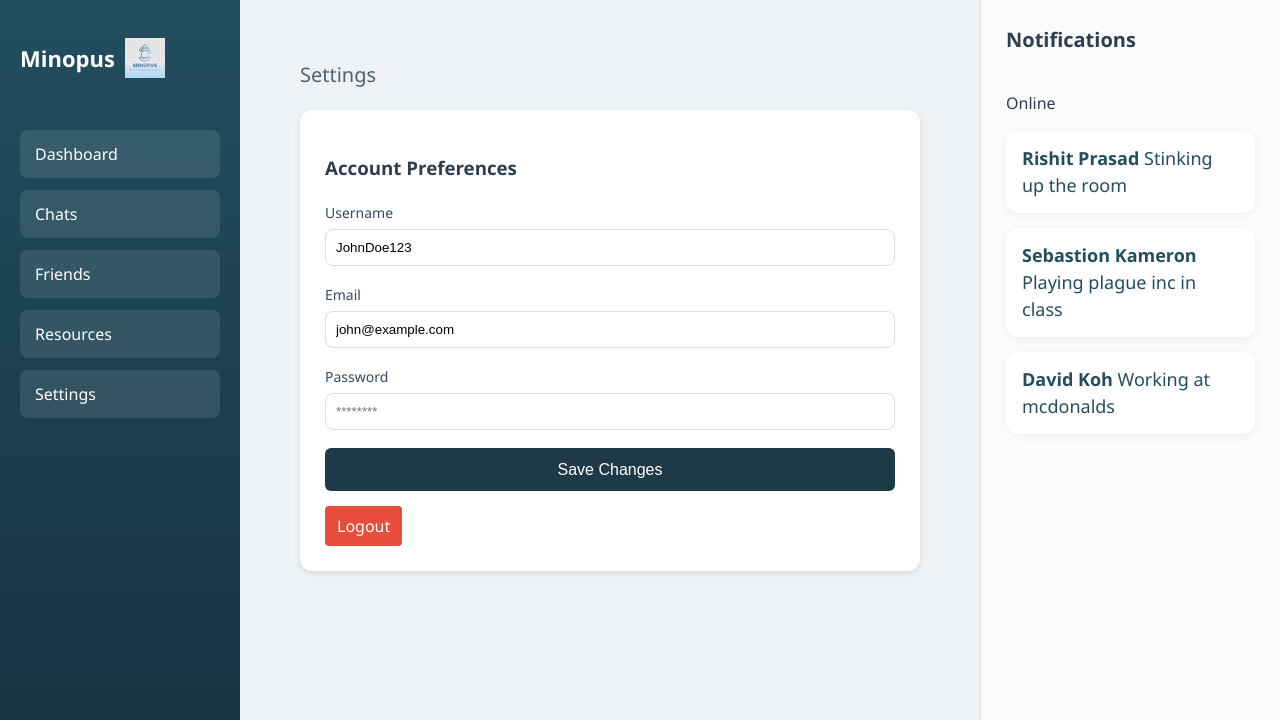
Repository: AUTemmie/Assessment-Task-3
Page: http://localhost/settings
The author's editor kept a copy of each file at every save. The page is drawn from the files as they stood at one save, then again after the next save.
The browser window is 1280 px wide. The pictures show the whole page.
The page is served by the project's application, run on Flask 3 (main.py). The session is filled in as if someone had signed in: {"username": "Test User"}. Other server files are loaded and not shown.

Above is the page before, as saved 2025-10-15 14:48:10.

### templates/settings.html
{% extends 'layout.html' %} {% block content %}

<main class="settings-page">
  <h2 class="page-title">Settings</h2>

  <section class="settings-content">
    <h3>Account Preferences</h3>
    <form class="settings-form">
      <label>
        Username
        <input type="text" name="username" value="JohnDoe123" />
      </label>

      <label>
        Email
        <input type="email" name="email" value="john@example.com" />
      </label>

      <label>
        Password
        <input type="password" name="password" placeholder="********" />
      </label>

      <button type="submit" class="save-btn">Save Changes</button>
    </form>

    <!-- Logout Link -->
    <a href="Login" class="logout-link">Logout</a>
  </section>
</main>

{% endblock %}

### templates/layout.html
<!DOCTYPE html>
<html lang="en">
  <head>
    <meta charset="UTF-8" />
    <meta name="viewport" content="width=device-width, initial-scale=1.0" />
    <meta http-equiv="X-UA-Compatible" content="ie=edge" />

    <!-- ✅ Allow inline scripts -->
    <meta
      http-equiv="Content-Security-Policy"
      content="script-src 'self' 'unsafe-inline';"
    />

    <link
      rel="stylesheet"
      href="{{ url_for('static', filename='css/style.css') }}"
    />
    <link
      rel="icon"
      type="image/x-icon"
      href="{{ url_for('static', filename='images/Favicon.png') }}"
    />
    <title>{% block title %}Minopus{% endblock %}</title>
  </head>
  <body class="theme-red {% if hide_layout %}no-sidebars{% endif %}">
    <div class="dashboard-grid">
      {% if not hide_layout %}
      <!-- Left Sidebar -->
      {% include "partials/sidebar.html" %} {% endif %}

      <!-- Main Content -->
      <main class="main-panel">{% block content %}{% endblock %}</main>

      {% if not hide_layout %}
      <!-- Right Sidebar -->
      {% include "partials/notifications.html" %} {% endif %}
    </div>

    <script src="{{ url_for('static', filename='js/app.js') }}"></script>
  </body>
</html>

### templates/partials/sidebar.html
<aside class="sidebar" aria-label="Main Navigation">
  <h2 class="logo">
    Minopus
    <img
      src="{{ url_for('static', filename='images/Favicon.png') }}"
      alt="Minopus logo"
      width="40"
      height="40"
    />
  </h2>

  <nav class="sidebar-nav">
    <ul>
      <li><a href="/">Dashboard</a></li>
      <li><a href="/chat">Chats</a></li>
      <li><a href="/friends">Friends</a></li>
      <li><a href="/resources">Resources</a></li>
      <li><a href="/settings">Settings</a></li>
    </ul>
  </nav>
</aside>

### templates/partials/notifications.html
<aside class="notifications" aria-label="User Notifications">
  <h2>Notifications</h2>
  <ul class="notification-list">
    <p>Online</p>
    <!-- Friends -->
    {% for friend in friends %}
    <li>
      <span class="text"
        ><strong>{{ friend.name }}</strong> {{ friend.description }}</span
      >
    </li>
    {% endfor %}
  </ul>
</aside>

### main.py
from flask import Flask, render_template, request, redirect, session, url_for
import database_manager as dbHandler
from datetime import datetime
import sqlite3 as sql

app = Flask(__name__)
app.secret_key = "key"


db = dbHandler.DBManager()


@app.route("/signup", methods=["GET", "POST"])
def signup():
    if request.method == "POST":
        first_name = request.form["first_name"]
        email = request.form["email"]
        password = request.form["password"]

        # Check if user exists
        existing = db.get_user_by_first_name(first_name)
        if existing:
            return render_template("signup.html", message="Username already exists")

        # Add user
        con = sql.connect(db.dbPath)
        cur = con.cursor()
        cur.execute(
            "INSERT INTO users (first_name, email, password) VALUES (?, ?, ?)",
            (first_name, email, password),
        )
        con.commit()
        con.close()

        return redirect(url_for("login"))

    return render_template("signup.html", hide_layout=True)


@app.context_processor
def inject_notifications():
    friends = [
        {"id": 1, "name": "Rishit Prasad", "description": "Stinking up the room"},
        {
            "id": 2,
            "name": "Sebastion Kameron",
            "description": "Playing plague inc in class",
        },
        {"id": 3, "name": "David Koh", "description": "Working at mcdonalds"},
    ]

    current_time = datetime.now().strftime("%I:%M %p")

    return dict(
        friends=friends,
        current_time=current_time,
    )


@app.route("/", methods=["GET"])
@app.route("/index.html", methods=["GET"])
def index():
    if "username" not in session:
        return redirect("/Login")

    user = db.get_user_by_first_name(session["username"])

    if not user:
        return redirect("/Login")

    first_name = user["first_name"]
    last_name = user.get("last_name", "")

    return render_template("index.html", first_name=first_name, last_name=last_name)


@app.route("/chat", methods=["GET"])
def chat():
    if "username" not in session:
        return redirect("/Login")

    messages = db.get_messages()
    return render_template("chat.html", messages=messages)


@app.route("/send_message", methods=["POST"])
def send_message():
    if "username" not in session:
        return redirect("/Login")

    sender = session["username"]
    text = request.form["message"]
    time = datetime.now().strftime("%Y-%m-%d %H:%M:%S")

    db.add_message(sender, text, time)
    return redirect(url_for("chat"))


@app.route("/friends")
def friends_page():
    if "username" not in session:
        return redirect("/Login")
    return render_template("friends.html")


@app.route("/resources")
def resources():
    if "username" not in session:
        return redirect("/Login")
    return render_template("resource.html")


@app.route("/settings")
def settings():
    if "username" not in session:
        return redirect("/Login")
    return render_template("settings.html")


@app.route("/Login", methods=["GET", "POST"])
def login():
    if request.method == "POST":
        username = request.form["username"]
        password = request.form["password"]

        user = db.get_user_by_first_name(username)

        if user:
            if password == user["password"]:
                session["username"] = user["first_name"]
                return redirect("/")
            else:
                error = "Incorrect password"
        else:
            error = "Username not found"

        return render_template("Login.html", error=error, hide_layout=True)

    return render_template("Login.html", hide_layout=True)


@app.route("/logout")
def logout():
    session.pop("username", None)
    return redirect("/Login")


if __name__ == "__main__":
    app.run(debug=True, host="0.0.0.0", port=5000)

### static/css/style.css
/* Reset + Base */
body {
  margin: 0;
  font-family: "Segoe UI", sans-serif;
  background-color: #eef2f5;
  color: #2c3e50;
  line-height: 1.5;
}

/* Grid Layout */
.dashboard-grid {
  display: grid;
  grid-template-columns: 240px 1fr 300px;
  grid-template-rows: 100vh;
  overflow: hidden;
}

/* Sidebar */
.sidebar {
  background: linear-gradient(180deg, #224e5f, #183441);
  color: #fff;
  padding: 20px;
  display: flex;
  flex-direction: column;
}

.sidebar .logo {
  display: flex;
  align-items: center;
  gap: 10px;
  font-size: 22px;
  font-weight: bold;
  margin-bottom: 40px;
}

.sidebar ul {
  list-style: none;
  padding: 0;
  margin: 0;
}

.sidebar li {
  margin: 12px 0;
}

.sidebar a {
  display: block;
  padding: 12px 15px;
  border-radius: 8px;
  text-decoration: none;
  background: rgba(255, 255, 255, 0.1);
  color: #fff;
  font-weight: 500;
  transition: 0.25s ease;
}

.sidebar a:hover {
  background: rgba(255, 255, 255, 0.25);
}

/* Main Panel */
.main-panel {
  display: flex;
  flex-direction: column;
  padding: 40px;
  background-color: #eef2f5;
  height: 100vh;
  box-sizing: border-box;
  overflow: hidden;
}

.main-panel h1 {
  margin: 0 0 20px;
  font-size: 28px;
  font-weight: 600;
}

.main-panel h2 {
  margin-top: 0;
  font-size: 20px;
  font-weight: 500;
  color: #4d6273;
}

/* Welcome Card */
.welcome-card {
  display: flex;
  justify-content: space-between;
  align-items: center;
  background: linear-gradient(135deg, #ffffff, #f9fbfc);
  border-radius: 16px;
  padding: 25px;
  margin-bottom: 20px;
  box-shadow: 0 4px 12px rgba(0, 0, 0, 0.08);
}

.welcome-card h2 {
  margin: 0 0 10px 0;
  font-size: 22px;
  font-weight: 600;
}

.welcome-card p {
  margin: 0;
  font-size: 14px;
  color: #4d6273;
}

.welcome-card img {
  height: 120px;
  border-radius: 12px;
  object-fit: cover;
}

/* Card Grid */
.card-grid {
  display: grid;
  grid-template-columns: repeat(auto-fit, minmax(280px, 1fr));
  gap: 20px;
  flex: 1;
  min-height: 0;
}

/* Cards */
.card {
  background: #ffffff;
  border-radius: 16px;
  padding: 20px;
  box-shadow: 0 4px 12px rgba(0, 0, 0, 0.08);
  display: flex;
  flex-direction: column;
  height: 100%;
  box-sizing: border-box;
}

.card h3 {
  margin-bottom: 15px;
  font-size: 18px;
  font-weight: 600;
  color: #2c3e50;
}

.card ul {
  list-style: none;
  padding: 0;
  margin: 0;
  flex: 1;
  overflow-y: auto;
}

.card li {
  margin-bottom: 10px;
  background: #f7f9fa;
  padding: 10px 12px;
  border-radius: 10px;
  font-size: 14px;
  color: #34495e;
  transition: transform 0.15s ease, box-shadow 0.15s ease;
}

.card li:hover {
  transform: translateY(-2px);
  box-shadow: 0 2px 8px rgba(0, 0, 0, 0.1);
}

/* Recent Card Links */
.card ul li a.resource-link {
  display: block;
  background: #3498db;
  color: #fff;
  padding: 10px 14px;
  border-radius: 10px;
  margin-bottom: 10px;
  text-decoration: none;
  transition: background 0.2s ease;
}

.card ul li a.resource-link:hover {
  background: #2980b9;
}

/* Friends Card Search Input */
.friend-search {
  width: 100%;
  padding: 10px 14px;
  margin-bottom: 15px;
  border: 1px solid #ccc;
  border-radius: 12px;
  font-size: 14px;
  box-sizing: border-box;
}

.friend-search:focus {
  outline: none;
  border-color: #224e5f;
  box-shadow: 0 0 5px rgba(34, 78, 95, 0.4);
}

/* Friends List Items */
.friends-list {
  list-style: none;
  padding: 0;
  margin: 0;
  flex: 1;
  overflow-y: auto;
}

.friend {
  display: flex;
  align-items: center;
  justify-content: space-between;
  background: #f7f9fa;
  padding: 12px 16px;
  margin-bottom: 12px;
  border-radius: 12px;
  font-size: 15px;
  color: #2c3e50;
}

.friend:hover {
  transform: translateY(-2px);
  box-shadow: 0 2px 8px rgba(0, 0, 0, 0.1);
}

/* Status Indicators */
.status-icon {
  display: inline-block;
  width: 14px;
  height: 14px;
  border-radius: 50%;
  margin-right: 10px;
  border: 2px solid #fff;
}

.friend.online .status-icon {
  background-color: #43b581;
}

.friend.offline .status-icon {
  background-color: #747f8d;
}

.friend .status {
  font-weight: bold;
}

.friend.online .status {
  color: #2ecc71;
}

.friend.offline .status {
  color: #e74c3c;
}

/* Notifications Panel */
.notifications {
  background: #fafbfc;
  padding: 25px;
  border-left: 1px solid #e0e4e7;
  display: flex;
  flex-direction: column;
  overflow-y: auto;
}

.notifications h2 {
  margin: 0 0 20px;
  font-size: 20px;
  font-weight: 600;
}

.notifications ul {
  list-style: none;
  padding: 0;
  margin: 0;
}

.notifications li {
  margin-bottom: 15px;
  background: #fff;
  padding: 14px 16px;
  border-radius: 12px;
  display: flex;
  align-items: center;
  justify-content: space-between;
  font-size: 14px;
  box-shadow: 0 2px 8px rgba(0, 0, 0, 0.06);
  transition: transform 0.2s ease;
}

.notifications li:hover {
  transform: translateY(-3px);
}

.notifications span {
  margin-right: 8px;
  font-size: 18px;
  color: #224e5f;
}

/* Chat Panel */
.chat-container {
  display: flex;
  flex-direction: column;
  height: 100%;
  background: #fff;
  border-radius: 12px;
  box-shadow: 0 4px 12px rgba(0, 0, 0, 0.08);
  padding: 20px;
}

.chat-box {
  flex: 1;
  overflow-y: auto;
  padding-right: 10px;
  margin-bottom: 15px;
}

.message {
  max-width: 70%;
  margin: 8px 0;
  padding: 10px 14px;
  border-radius: 12px;
  font-size: 14px;
  position: relative;
}

.message.sent {
  background: #224e5f;
  color: #fff;
  margin-left: auto;
  border-bottom-right-radius: 4px;
}

.message.received {
  background: #f1f3f5;
  color: #2c3e50;
  margin-right: auto;
  border-bottom-left-radius: 4px;
}

.message .time {
  display: block;
  font-size: 11px;
  color: #777;
  margin-top: 4px;
}

.chat-input {
  display: flex;
  gap: 10px;
}

.chat-input input {
  flex: 1;
  padding: 12px;
  border-radius: 8px;
  border: 1px solid #ccc;
  font-size: 14px;
}

.chat-input button {
  background: #224e5f;
  color: #fff;
  border: none;
  padding: 12px 18px;
  border-radius: 8px;
  cursor: pointer;
  transition: 0.2s ease;
}

.chat-input button:hover {
  background: #1a3b48;
}

/* Settings Page */
.settings-page {
  padding: 20px;
}

.page-title {
  margin-bottom: 20px;
}

.settings-content {
  background: #ffffff;
  border-radius: 12px;
  padding: 25px;
  box-shadow: 0 2px 6px rgba(0, 0, 0, 0.1);
  max-width: 600px;
}

.settings-content h3 {
  margin-bottom: 20px;
}

.settings-form {
  display: flex;
  flex-direction: column;
  gap: 18px;
}

.settings-form label {
  display: flex;
  flex-direction: column;
  font-size: 14px;
  color: #34495e;
}

.settings-form input {
  padding: 10px;
  margin-top: 6px;
  border: 1px solid #dcdde1;
  border-radius: 8px;
  outline: none;
}

.settings-form input:focus {
  border-color: #3498db;
}

.save-btn {
  padding: 12px;
  border: none;
  border-radius: 8px;
  background: #3498db;
  color: #fff;
  font-weight: bold;
  cursor: pointer;
  transition: background 0.2s;
}

.save-btn:hover {
  background: #2980b9;
}

.logout-link {
  display: inline-block;
  margin-top: 15px;
  color: #fff;
  background-color: #e74c3c;
  padding: 8px 12px;
  text-decoration: none;
  border-radius: 4px;
}

.logout-link:hover {
  background-color: #c0392b;
}

/* Resources Page */
.resources-container {
  display: flex;
  gap: 20px;
  flex-wrap: wrap;
  margin-top: 20px;
}

.resource-card {
  background-color: #f5f7fa;
  padding: 20px;
  border-radius: 12px;
  flex: 1 1 250px;
  box-shadow: 0 4px 6px rgba(0, 0, 0, 0.1);
}

.resource-card h3 {
  margin-top: 0;
  color: #2c3e50;
}

.resource-card p {
  color: #34495e;
  margin-bottom: 15px;
}

.resource-link {
  display: inline-block;
  text-decoration: none;
  background-color: #3498db;
  color: white;
  padding: 8px 12px;
  border-radius: 5px;
}

.resource-link:hover {
  background-color: #2980b9;
}

/* Login Page */

body.no-sidebars .dashboard-grid {
  grid-template-columns: 1fr; /* full width */
}

body.no-sidebars .sidebar,
body.no-sidebars .notifications {
  display: none !important;
}

.login-container {
  max-width: 400px;
  margin: 80px auto;
  background: #fff;
  padding: 30px;
  border-radius: 16px;
  box-shadow: 0 4px 12px rgba(0, 0, 0, 0.08);
  text-align: center;
}

.login-container h2 {
  margin-bottom: 20px;
  font-size: 24px;
  font-weight: 600;
  color: #224e5f;
}

.form-group {
  text-align: left;
  margin-bottom: 15px;
}

.form-group label {
  display: block;
  margin-bottom: 6px;
  font-size: 14px;
  font-weight: 500;
  color: #2c3e50;
}

.form-group input {
  width: 100%;
  padding: 12px;
  border-radius: 8px;
  border: 1px solid #ccc;
  font-size: 14px;
  box-sizing: border-box;
}

button[type="submit"] {
  width: 100%;
  padding: 12px;
  background: #224e5f;
  color: #fff;
  border: none;
  border-radius: 8px;
  font-size: 16px;
  font-weight: 500;
  cursor: pointer;
  transition: 0.25s ease;
}

button[type="submit"]:hover {
  background: #1a3b48;
}

.error {
  color: red;
  font-size: 14px;
  margin-bottom: 15px;
}

.signup-link {
  margin-top: 15px;
  font-size: 14px;
}

.signup-link a {
  color: #224e5f;
  text-decoration: none;
  font-weight: 500;
}

.signup-link a:hover {
  text-decoration: underline;
}

.login-container {
  max-width: 400px;
  margin: 8vh auto;
  background: #ffffff;
  padding: 2rem 2.5rem;
  border-radius: 10px;
  box-shadow: 0 4px 20px rgba(0, 0, 0, 0.1);
}

.login-container h2 {
  text-align: center;
  margin-bottom: 1.5rem;
  color: #1e3a46;
  font-weight: 600;
}

.form-group {
  margin-bottom: 1.2rem;
}

.form-group label {
  display: block;
  font-weight: 500;
  color: #333;
  margin-bottom: 0.4rem;
}

.form-group input {
  width: 100%;
  padding: 0.7rem;
  border: 1px solid #ccc;
  border-radius: 6px;
  font-size: 1rem;
  transition: border-color 0.2s ease;
}

.form-group input:focus {
  border-color: #1e3a46;
  outline: none;
}

button[type="submit"] {
  width: 100%;
  padding: 0.8rem;
  background-color: #1e3a46;
  color: #fff;
  font-size: 1rem;
  border: none;
  border-radius: 6px;
  cursor: pointer;
  transition: background-color 0.2s ease;
}

button[type="submit"]:hover {
  background-color: #254b57;
}

/* === Signup-only overrides (place at end of CSS file) === */
/* These are explicitly scoped to .signup-page so they won't affect other pages. */

.signup-page {
  display: flex !important;
  justify-content: center !important;
  align-items: center !important;
  min-height: 100vh;
  padding: 6vh 1rem;
  background-color: #eef2f5; /* keeps page bg consistent */
  box-sizing: border-box;
}

/* The form box itself */
.signup-page .signup-form {
  width: 100%;
  max-width: 420px;
  background: #ffffff;
  padding: 2rem;
  border-radius: 12px;
  box-shadow: 0 6px 22px rgba(0, 0, 0, 0.08);
  box-sizing: border-box;
  margin: 0; /* ensure it's centered by flex parent */
}

/* Page title INSIDE the form so it's centered with the box */
.signup-page .page-title {
  margin: 0 0 1.25rem;
  text-align: center;
  color: #1e3a46;
  font-weight: 700;
  font-size: 1.4rem;
}

/* Form fields */
.signup-page .signup-form label {
  display: block;
  margin-bottom: 0.9rem;
  font-size: 0.95rem;
  color: #34495e;
  font-weight: 600;
}

.signup-page .signup-form input[type="text"],
.signup-page .signup-form input[type="email"],
.signup-page .signup-form input[type="password"] {
  width: 100%;
  padding: 0.75rem;
  border: 1px solid #dcdde1;
  border-radius: 8px;
  font-size: 1rem;
  box-sizing: border-box;
  transition: border-color 0.15s ease, box-shadow 0.15s ease;
}

.signup-page .signup-form input:focus {
  border-color: #224e5f;
  outline: none;
  box-shadow: 0 0 6px rgba(34, 78, 95, 0.12);
}

/* Submit button */
.signup-page .signup-form button[type="submit"] {
  width: 100%;
  padding: 0.85rem;
  margin-top: 0.5rem;
  background-color: #224e5f;
  color: #fff;
  border: none;
  border-radius: 8px;
  font-weight: 600;
  cursor: pointer;
  transition: background 0.15s ease;
}

.signup-page .signup-form button[type="submit"]:hover {
  background-color: #183441;
}

/* Message / error text (matches earlier .error but scoped) */
.signup-page .signup-form p[style],
.signup-page .signup-form .error {
  color: #d9534f !important;
  text-align: center;
  margin-top: 0.75rem;
  font-weight: 600;
}

/* Small responsive tweak */
@media (max-width: 480px) {
  .signup-page .signup-form {
    padding: 1.25rem;
    border-radius: 10px;
  }

  .signup-page .page-title {
    font-size: 1.15rem;
  }
}

### static/js/app.js
if ("serviceworker" in navigator) {
  window.addEventListener("load", function () {
    navigator.serviceworker
      .register("static/js/serviceworker.js")
      .then((res) => console.log("service worker registered"))
      .catch((err) => console.log("service worker not registered", err));
  });
}

After the next save:
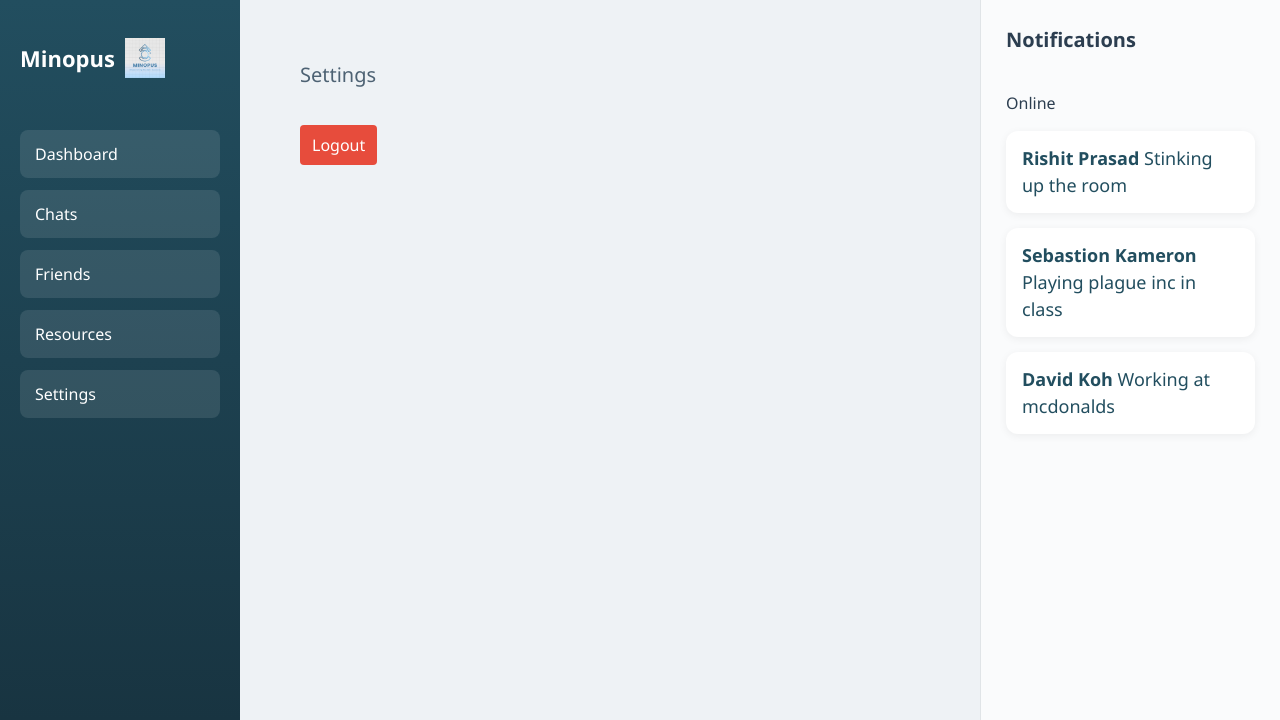
Saved 56 s later.
--- a/templates/settings.html
+++ b/templates/settings.html
@@ -3,26 +3,6 @@
 <main class="settings-page">
   <h2 class="page-title">Settings</h2>
 
-  <section class="settings-content">
-    <h3>Account Preferences</h3>
-    <form class="settings-form">
-      <label>
-        Username
-        <input type="text" name="username" value="JohnDoe123" />
-      </label>
-
-      <label>
-        Email
-        <input type="email" name="email" value="john@example.com" />
-      </label>
-
-      <label>
-        Password
-        <input type="password" name="password" placeholder="********" />
-      </label>
-
-      <button type="submit" class="save-btn">Save Changes</button>
-    </form>
 
     <!-- Logout Link -->
     <a href="Login" class="logout-link">Logout</a>
